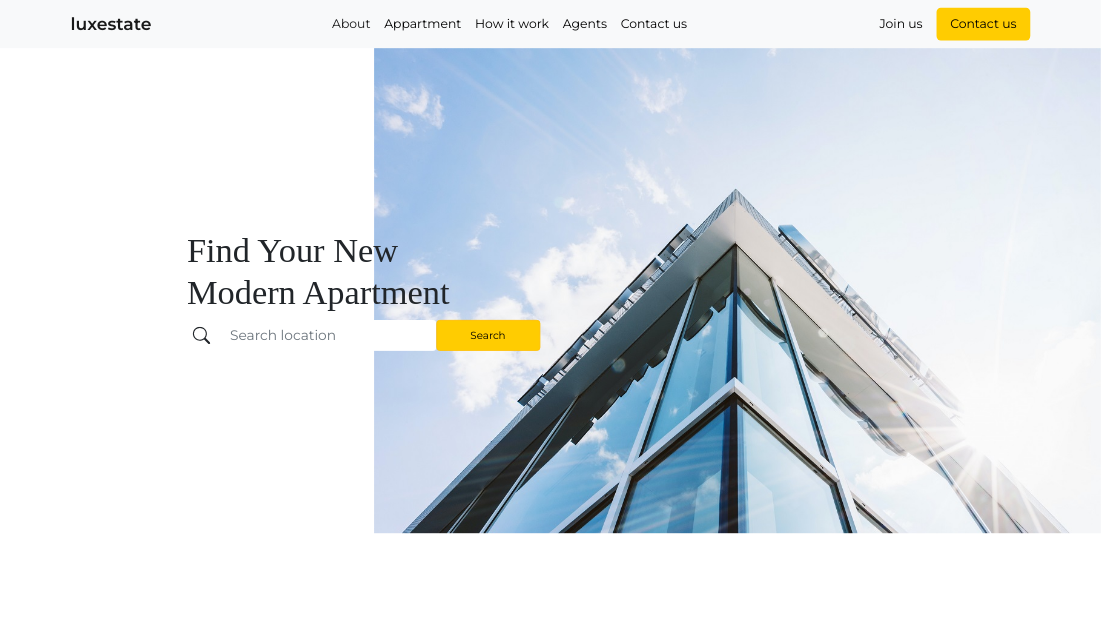
Repository: Toqa-25/luxstate
Page: index.html
The author's editor kept a copy of each file at every save. The page is drawn from the files as they stood at one save, then again after the next save.
The browser window is 1280 px wide. The page is 1292 px wide, so the pictures cover 1292 px, including what lies to the right of the window. The pictures show the whole page, at 86% of full size.

Above is the page before, as saved 2021-06-07 23:11:47.

After the next save:
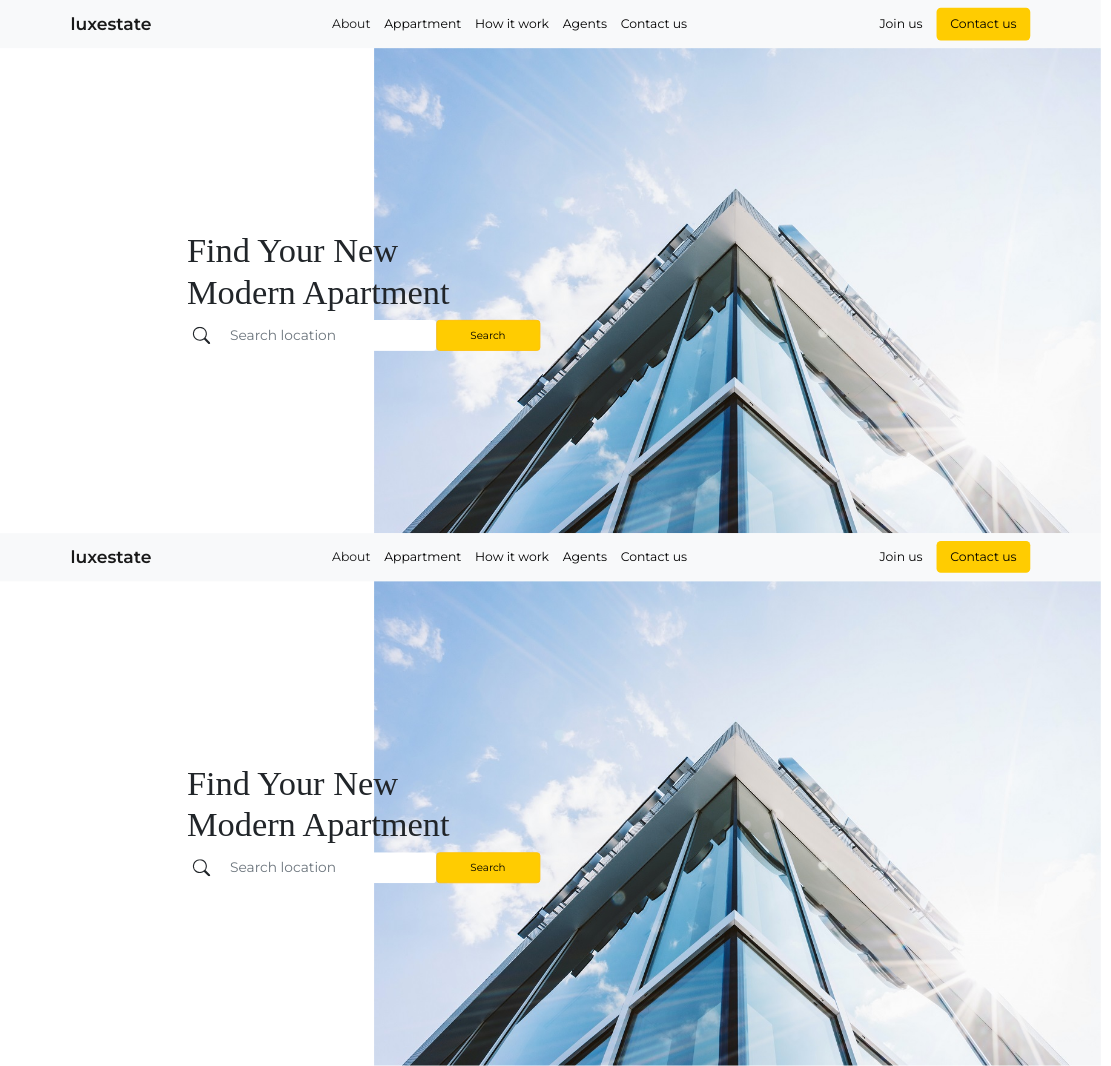
Saved 116 s later.
--- a/index.html
+++ b/index.html
@@ -75,6 +75,61 @@
       </div>
 
     </header>
+    <nav class="navbar navbar-expand-lg navbar-light bg-light">
+        <div class="container">
+          <a class="navbar-brand" href="#">luxestate</a>
+          <button class="navbar-toggler" type="button" data-bs-toggle="collapse" data-bs-target="#navbarSupportedContent" aria-controls="navbarSupportedContent" aria-expanded="false" aria-label="Toggle navigation">
+            <span class="navbar-toggler-icon"></span>
+          </button>
+          <div class="collapse navbar-collapse offset-2 navbar-light" id="navbarSupportedContent">
+            <ul class="navbar-nav me-auto mb-2 mb-lg-0 ">
+              <li class="nav-item">
+                <a class="nav-link active" aria-current="page" href="#">About</a>
+              </li>
+              <li class="nav-item ">
+                <a class="nav-link " href="#">Appartment</a>
+              </li>
+              <li class="nav-item">
+                <a class="nav-link" href="#">How it work</a>
+              </li>
+              <li class="nav-item">
+                <a class="nav-link" href="#">Agents</a>
+              </li>
+              <li class="nav-item">
+                <a class="nav-link" href="#">Contact us</a>
+              </li>
+
+            </ul>
+            <ul class="nav justify-content-end last-nav">
+                <li class="nav-item">
+                  <a class="nav-link active" aria-current="page" href="#">Join us</a>
+                </li>
+                <li class="nav-item focuse">
+                  <a class="nav-link " href="#">Contact us</a>
+                </li>
+
+              </ul>
+          </div>
+        </div>
+      </nav>
+      <header>
+      <div class="row">
+        <img src="images/cover-unsplash.jpg" class="img-fluid float-end col-8" alt="...">
+          <div class="header-text  col-4 order-first">
+              <h1>Find Your New <br>
+                Modern Apartment </h1>
+                <form class="d-flex">
+                    <svg xmlns="http://www.w3.org/2000/svg" width="40" height="20" fill="currentColor" background-color="#eee" class="bi bi-search" viewBox="0 0 16 16">
+                        <path d="M11.742 10.344a6.5 6.5 0 1 0-1.397 1.398h-.001c.03.04.062.078.098.115l3.85 3.85a1 1 0 0 0 1.415-1.414l-3.85-3.85a1.007 1.007 0 0 0-.115-.1zM12 6.5a5.5 5.5 0 1 1-11 0 5.5 5.5 0 0 1 11 0z"/>
+                      </svg>
+                    <input class="form-control " type="search" placeholder=" Search location" aria-label="Search">
+                    <button class="btn btn-warning" type="submit">Search </button>
+                  </form>
+          </div>
+
+      </div>
+
+    </header>
 
       <script src="js/bootstrap.min.js"></script>
 </body>

After the save that followed:
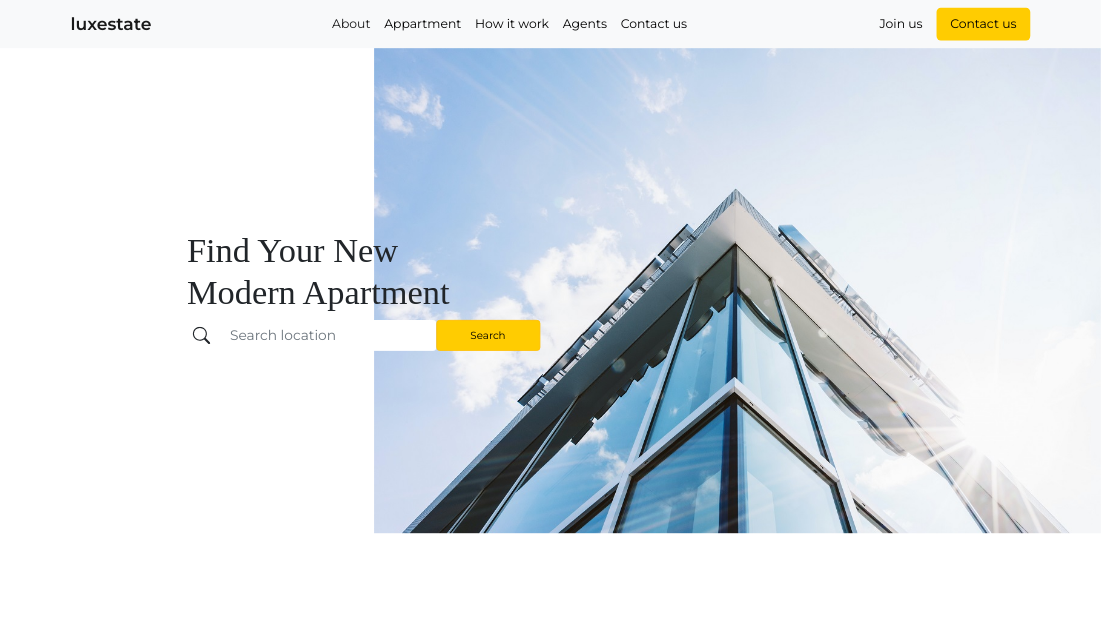
Saved 38 s later.
--- a/index.html
+++ b/index.html
@@ -75,61 +75,6 @@
       </div>
 
     </header>
-    <nav class="navbar navbar-expand-lg navbar-light bg-light">
-        <div class="container">
-          <a class="navbar-brand" href="#">luxestate</a>
-          <button class="navbar-toggler" type="button" data-bs-toggle="collapse" data-bs-target="#navbarSupportedContent" aria-controls="navbarSupportedContent" aria-expanded="false" aria-label="Toggle navigation">
-            <span class="navbar-toggler-icon"></span>
-          </button>
-          <div class="collapse navbar-collapse offset-2 navbar-light" id="navbarSupportedContent">
-            <ul class="navbar-nav me-auto mb-2 mb-lg-0 ">
-              <li class="nav-item">
-                <a class="nav-link active" aria-current="page" href="#">About</a>
-              </li>
-              <li class="nav-item ">
-                <a class="nav-link " href="#">Appartment</a>
-              </li>
-              <li class="nav-item">
-                <a class="nav-link" href="#">How it work</a>
-              </li>
-              <li class="nav-item">
-                <a class="nav-link" href="#">Agents</a>
-              </li>
-              <li class="nav-item">
-                <a class="nav-link" href="#">Contact us</a>
-              </li>
-
-            </ul>
-            <ul class="nav justify-content-end last-nav">
-                <li class="nav-item">
-                  <a class="nav-link active" aria-current="page" href="#">Join us</a>
-                </li>
-                <li class="nav-item focuse">
-                  <a class="nav-link " href="#">Contact us</a>
-                </li>
-
-              </ul>
-          </div>
-        </div>
-      </nav>
-      <header>
-      <div class="row">
-        <img src="images/cover-unsplash.jpg" class="img-fluid float-end col-8" alt="...">
-          <div class="header-text  col-4 order-first">
-              <h1>Find Your New <br>
-                Modern Apartment </h1>
-                <form class="d-flex">
-                    <svg xmlns="http://www.w3.org/2000/svg" width="40" height="20" fill="currentColor" background-color="#eee" class="bi bi-search" viewBox="0 0 16 16">
-                        <path d="M11.742 10.344a6.5 6.5 0 1 0-1.397 1.398h-.001c.03.04.062.078.098.115l3.85 3.85a1 1 0 0 0 1.415-1.414l-3.85-3.85a1.007 1.007 0 0 0-.115-.1zM12 6.5a5.5 5.5 0 1 1-11 0 5.5 5.5 0 0 1 11 0z"/>
-                      </svg>
-                    <input class="form-control " type="search" placeholder=" Search location" aria-label="Search">
-                    <button class="btn btn-warning" type="submit">Search </button>
-                  </form>
-          </div>
-
-      </div>
-
-    </header>
 
       <script src="js/bootstrap.min.js"></script>
 </body>
